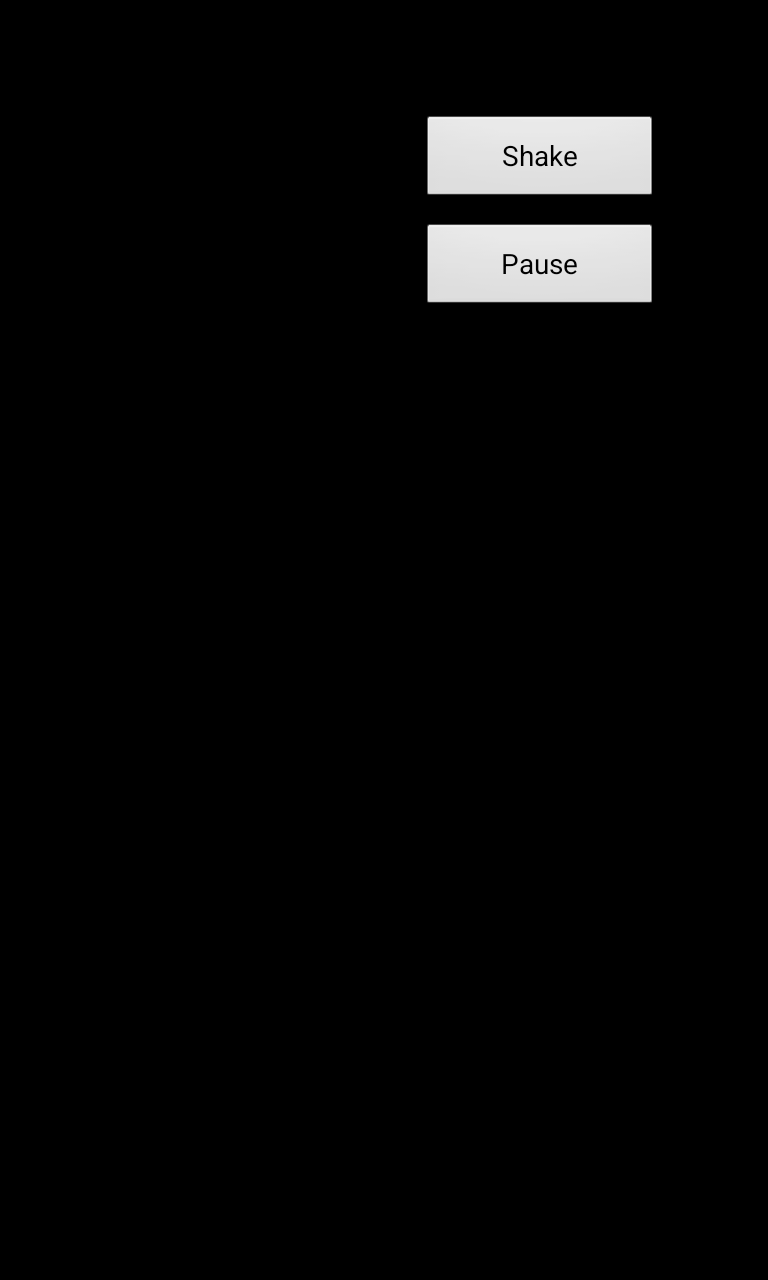
Repository: czxttkl/HelloMAD
Layout: edu.neu.madcourse.binbo.HelloMAD/res/layout/pb_game.xml
The author's editor kept a copy of each file at every save. The layout is drawn from the files as they stood at one save, then again after the next save.
It is drawn on a 768 x 1280 px phone screen (xhdpi) without system bars, with theme android:Theme; the app's code is not run. Lists and similar views that code fills are empty.

Above is the layout before, as saved 2012-10-20 21:15:42.

After the next save:
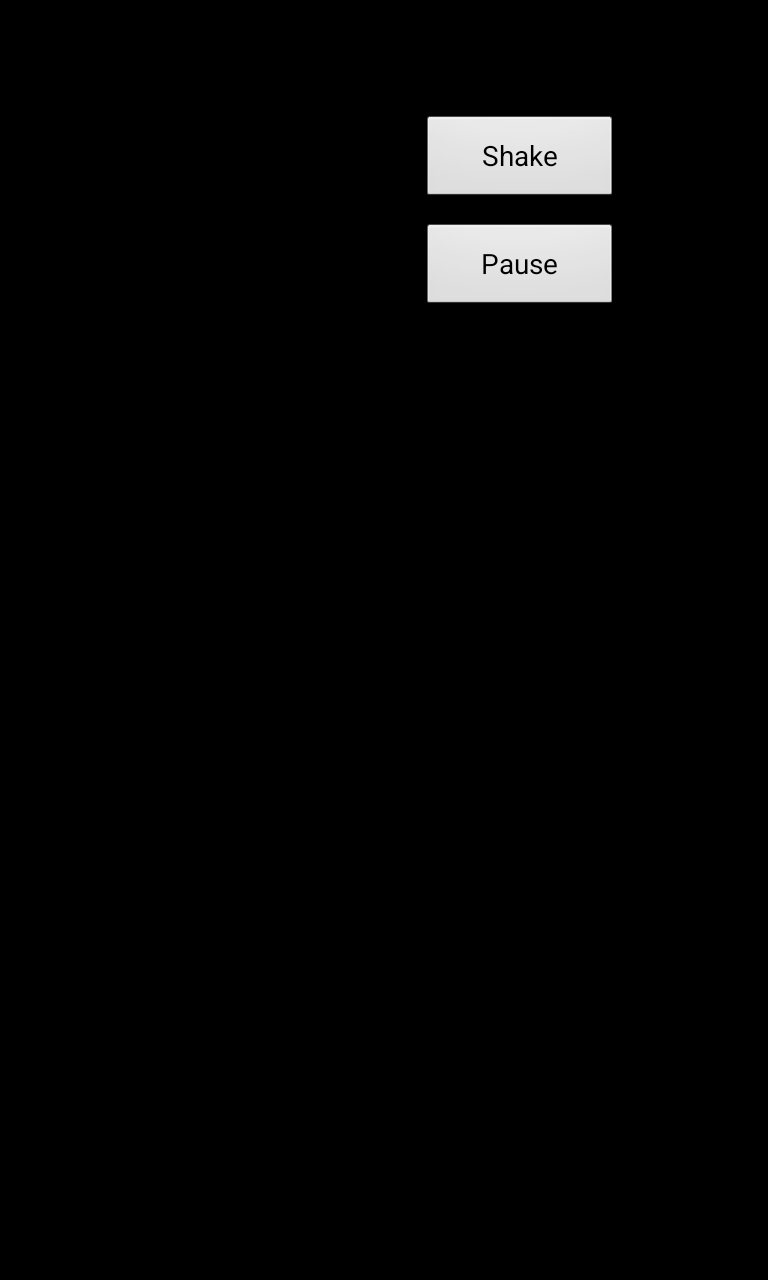
Saved 7 s later.
--- a/edu.neu.madcourse.binbo.HelloMAD/res/layout/pb_game.xml
+++ b/edu.neu.madcourse.binbo.HelloMAD/res/layout/pb_game.xml
@@ -131,7 +131,7 @@
         <LinearLayout
             xmlns:android="http://schemas.android.com/apk/res/android"
             android:id="@+id/linearLayoutControl"
-            android:layout_width="120dip"
+            android:layout_width="100dip"
             android:layout_height="fill_parent"
             android:layout_gravity="center"
             android:orientation="vertical" >
